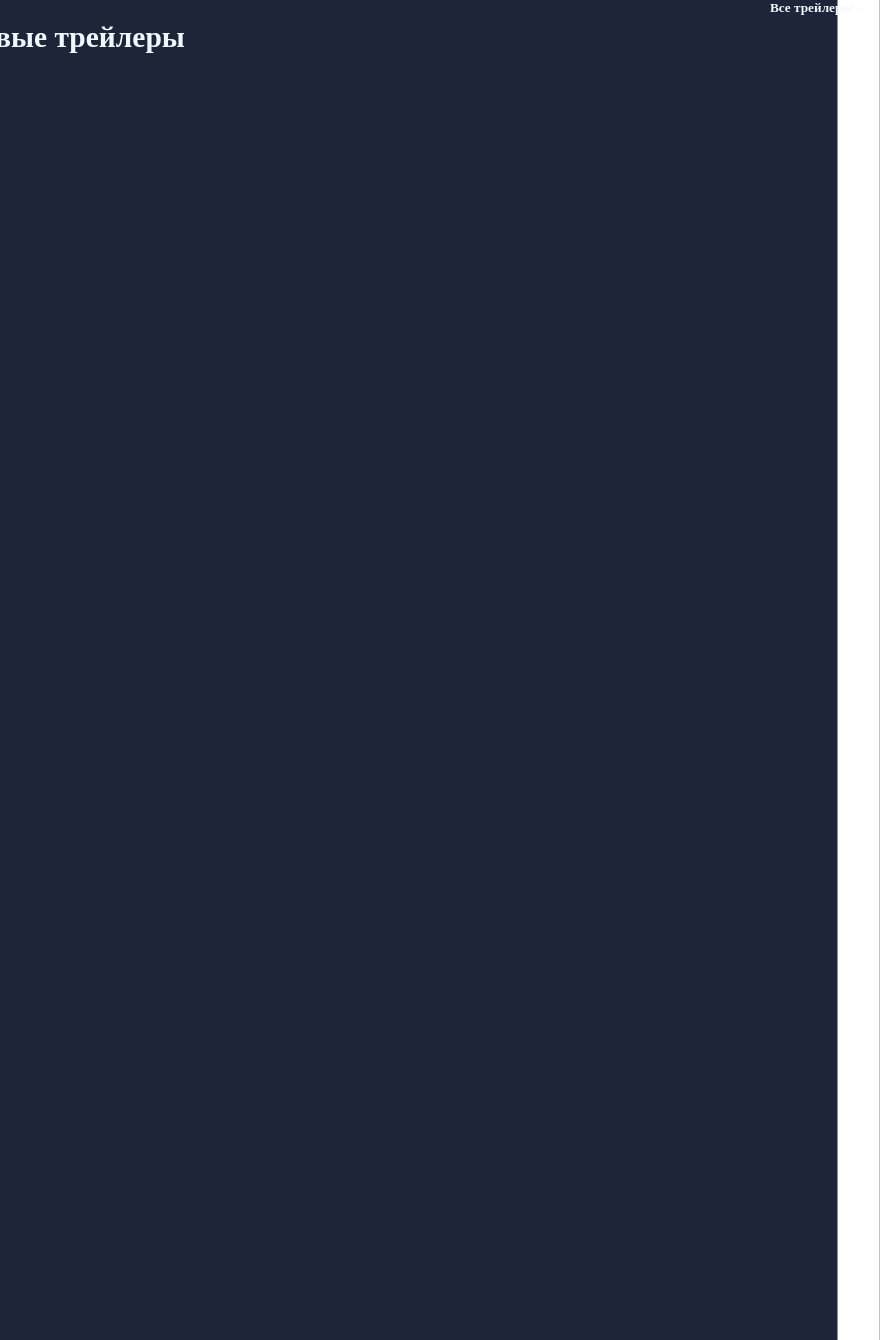
Repository: KHANas02/code
Page: index.html
An editor plug-in stored every save of this project. The page is shown before and after a run of saves, followed by the edit.
The browser window is 1280 px wide. The page is 1313 px wide, then 1280 px, so the pictures cover 1313 px, including what lies to the right of the window. The pictures show the whole page, at 67% of full size.

Above is the page before, as saved 2024-03-14 13:38:36.

### index.html
<!DOCTYPE html>
<html lang="en">
<head>
    <meta charset="UTF-8">
    <meta name="viewport" content="width=device-width, initial-scale=1.0">
    <title>Document</title>
    <link rel="stylesheet" href="./style.css">
</head>
<body>
        <div class="divONE">
      <b><h1 class="text1">Новые трейлеры</h1></b>
      <b><h1 class="text2">Все трейлеры→</h1></b>
      <div class="divI">










</body>
</html>

### style.css
* {
  padding: 0;
  margin: 0;
  box-sizing: border-box;
}
h1 {
  transform: scale(1.1);
}
.divONE {
  width: 1250px;
  height: 2000px;
  background-color: #1e2538;
}
h1 {
  color: aliceblue;
}
b .text1 {
  font-family: Qanelas;
  font-size: 40px;
  font-weight: 900;
  line-height: 51px;
  letter-spacing: 0em;
  text-align: left;
  position: relative;
  top: 30px;
}
b .text2 {
  position: relative;
  bottom: 50px;
  right: 20px;

  font-size: 18px;
  font-weight: 700;
  line-height: 22px;
  letter-spacing: 0em;
  text-align: end;
  margin-bottom: 100px;
}

After the next 3 saves:
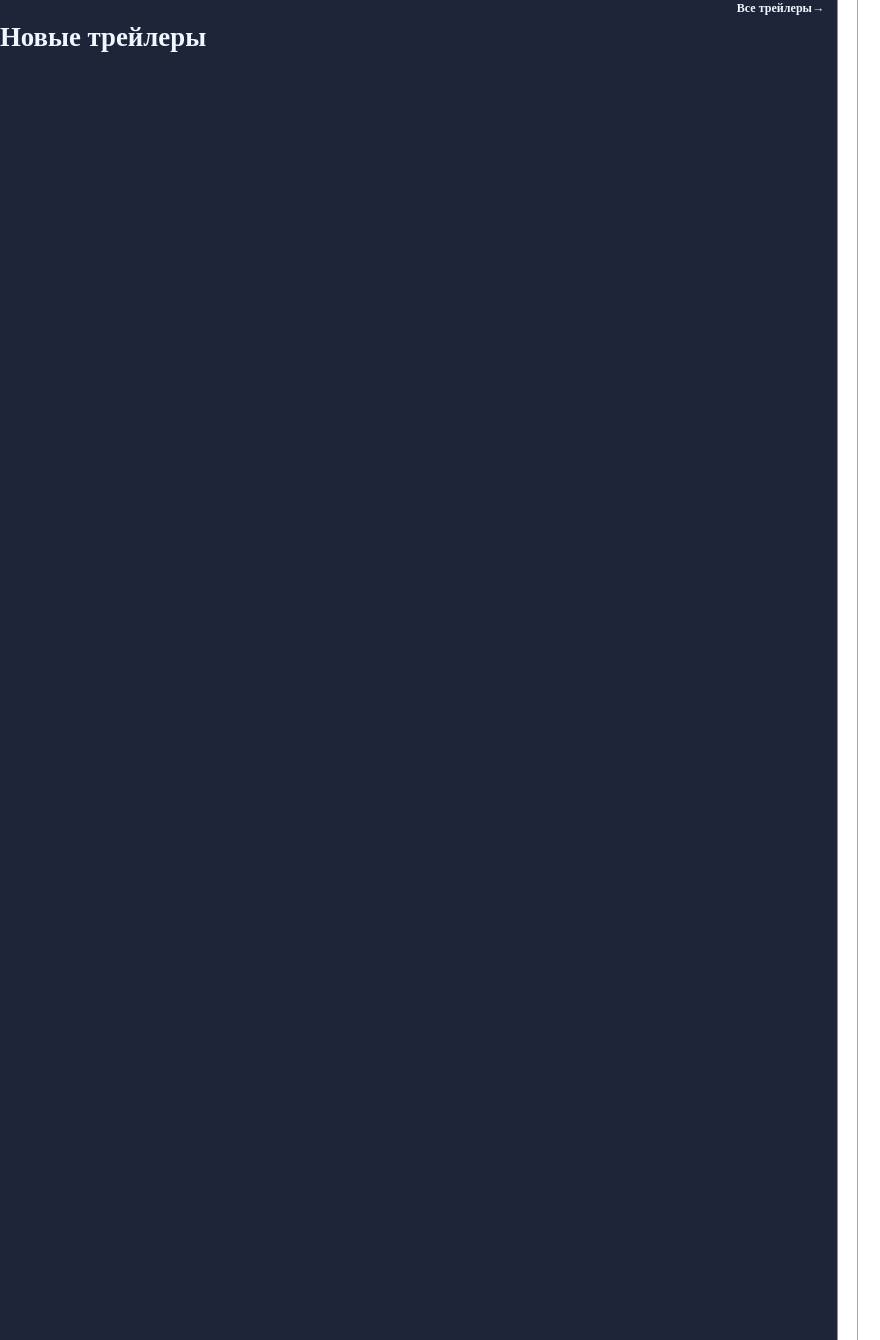
The 3 saves are shown as one change because they came seconds apart.
The last was saved 26 s later.
--- a/style.css
+++ b/style.css
@@ -3,7 +3,7 @@
   margin: 0;
   box-sizing: border-box;
 }
-h1 {
+h1:hover {
   transform: scale(1.1);
 }
 .divONE {
